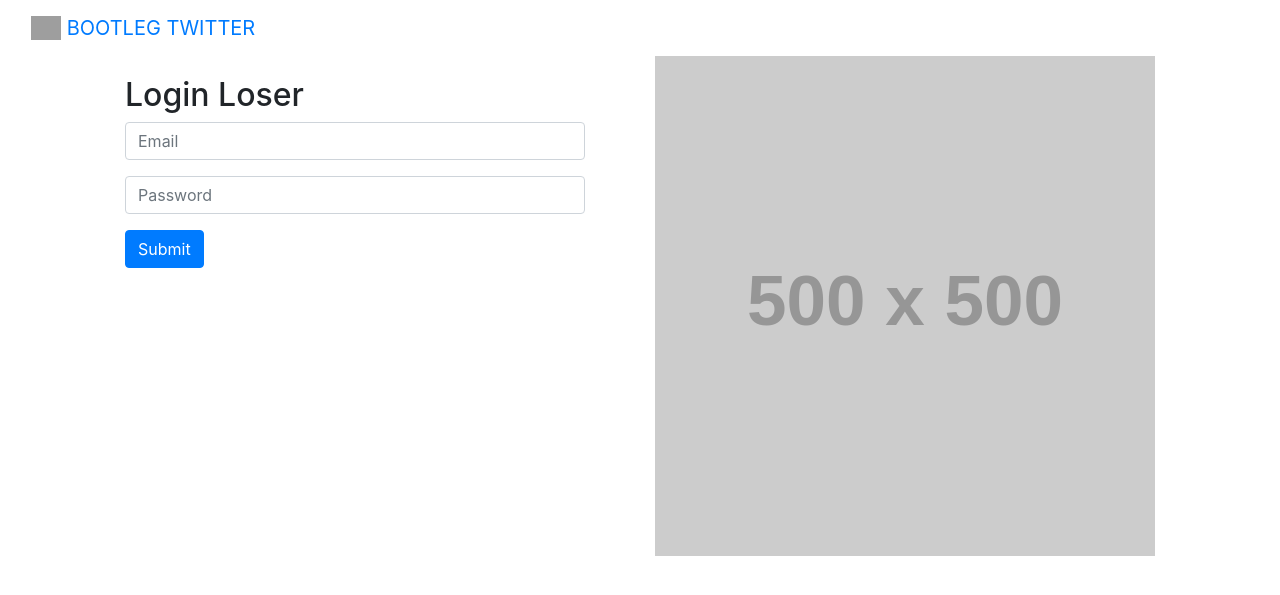
Repository: DavidDontKnow/BootlegTwitter
Page: html/login.html
These files come from the project's save history. The page is drawn as it stood at one moment and after the next save; the edit follows.
The browser window is 1280 px wide. The pictures show the whole page.
Pictures or frames that could not be fetched are drawn as grey boxes.

Above is the page before, as saved 2023-04-05 15:22:14.

### html/login.html
<!DOCTYPE html>
<html lang="en">
<head>
    <meta charset="UTF-8">
    <meta http-equiv="X-UA-Compatible" content="IE=edge">
    <meta name="viewport" content="width=device-width, initial-scale=1.0">
    <link rel="stylesheet" href="https://maxcdn.bootstrapcdn.com/bootstrap/4.5.2/css/bootstrap.min.css">
    <style>
        .login-form{
            max-width: 500px;
            margin: 0 auto;
            padding: 20px;
        }

        .login-form img{
            width: 100%;
            height: auto;
        }
        .form-group{
            margin-bottom: 1 rem;
        }
    </style>
    <title>Login</title>
</head>
<body>
    <nav class="navbar bg-body-tertiary">
        <div class="container-fluid">
          <a class="navbar-brand" href="#">
            <img src="/docs/5.3/assets/brand/bootstrap-logo.svg" alt="Logo" width="30" height="24" class="d-inline-block align-text-top">
            BOOTLEG TWITTER
          </a>
        </div>
      </nav>
    <div class="container">
        <div class="row">
            <div class="col-md-6">
                <div class="login-form">
                    <h2>Login Loser</h2>
                    <form>
                        <div class="form-group">
                            <input type="email" class="form-control" id="email" name="email" placeholder="Email">

                        </div>
                        <div class="form-group">
                            <input type="password" class="form-control" id="password" name="password" placeholder="Password">

                        </div>
                        <button type="submit" class="btn btn-primary">Submit</button>
                    </form>
                </div>
            </div>
            <div class="col-md-6">
                <img src="https://via.placeholder.com/500x500?text=Image" alt="image">
            </div>
        </div>
    </div>


<script src="https://cdn.jsdelivr.net/npm/bootstrap@5.3.0-alpha3/dist/js/bootstrap.min.js" integrity="sha384-Y4oOpwW3duJdCWv5ly8SCFYWqFDsfob/3GkgExXKV4idmbt98QcxXYs9UoXAB7BZ" crossorigin="anonymous"></script>
</body>
</html>

After the next save:
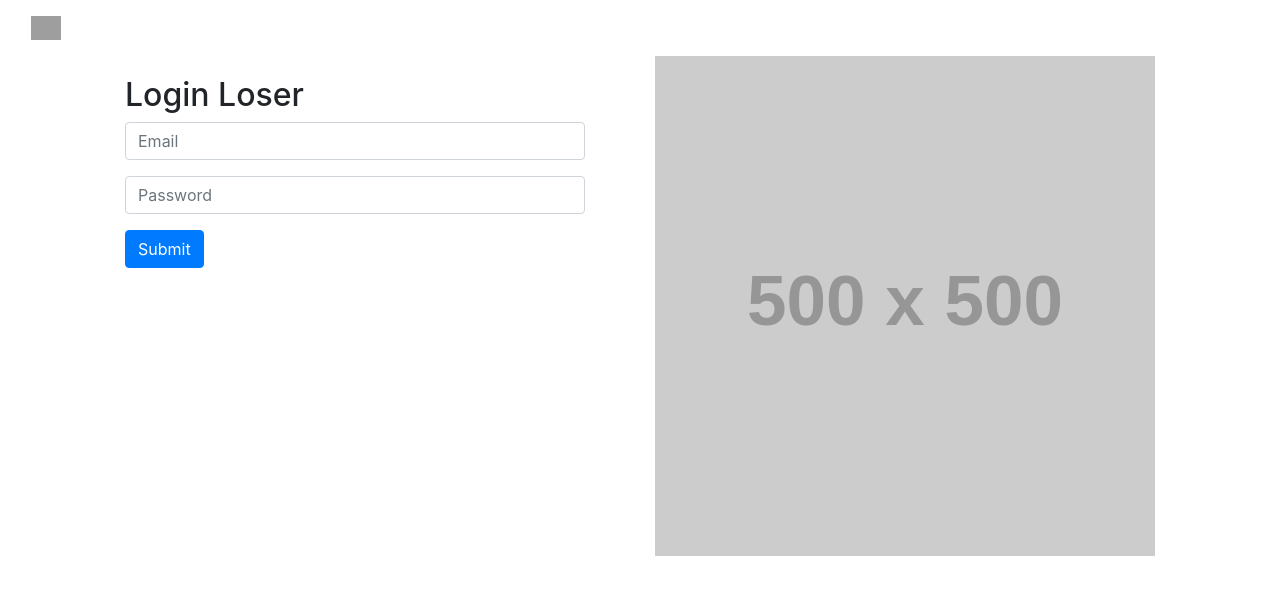
Saved 105 s later.
--- a/html/login.html
+++ b/html/login.html
@@ -23,7 +23,7 @@
     <title>Login</title>
 </head>
 <body>
-    <nav class="navbar bg-body-tertiary">
+    <nav class="navbar navbar-dark bg-body-tertiary">
         <div class="container-fluid">
           <a class="navbar-brand" href="#">
             <img src="/docs/5.3/assets/brand/bootstrap-logo.svg" alt="Logo" width="30" height="24" class="d-inline-block align-text-top">
